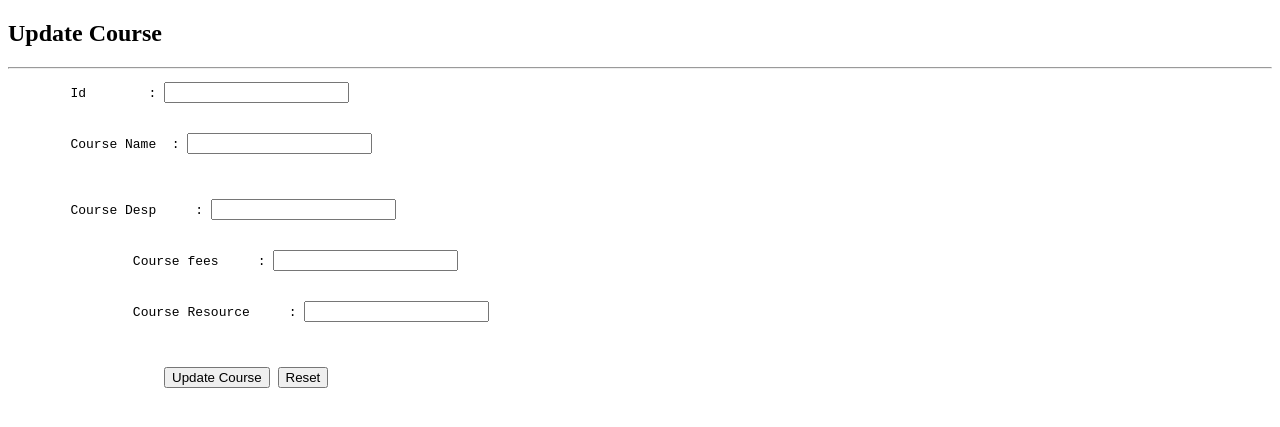
Repository: rathorea439/eLearning
Page: http://localhost/eLearing-springMVC/WEB-INF/views/update-user.jsp
These files come from the project's save history. The page is drawn as it stood at one moment and after the next save; the edit follows.
The browser window is 1280 px wide. The pictures show the whole page.
The page is served by Tomcat 9. Nobody is signed in. The template is opened directly, without the code that normally fills it, so the values that code supplies are empty.

Above is the page before, as saved 2021-07-26 16:00:35.

After the next save:
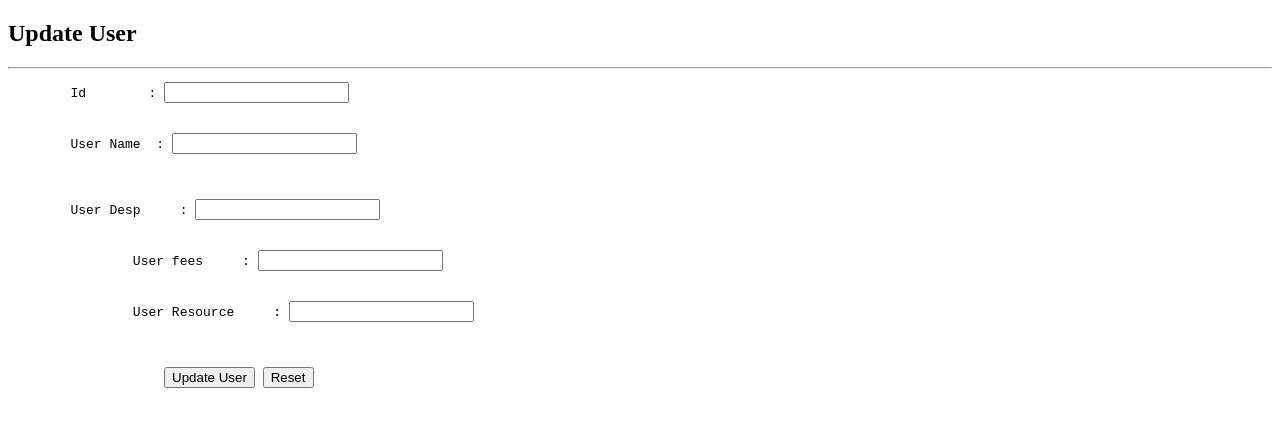
Saved 34 s later.
--- a/eLearing-springMVC/src/main/webapp/WEB-INF/views/update-user.jsp
+++ b/eLearing-springMVC/src/main/webapp/WEB-INF/views/update-user.jsp
@@ -8,27 +8,27 @@
 <html>
 <head>
 <meta charset="ISO-8859-1">
-<title>Update Course Form</title>
+<title>Update User Form</title>
 </head>
 <body>
-	<h2>Update Course</h2>
+	<h2>Update User</h2>
 	<hr>
 	<c:url var="updateUrl" value="/update-course"></c:url>
 	<form:form action="${updateUrl }" method="post" modelAttribute="course">
 		<pre>
         Id        : <form:input path="course_id" readonly="true" />
 			<br>
-        Course Name  : <form:input path="c_name" />
+        User Name  : <form:input path="c_name" />
 			<br>
 
-        Course Desp     : <form:input path="c_desp" />
+        User Desp     : <form:input path="c_desp" />
 			<br>
-		Course fees     : <form:input path="c_fees" />
+		User fees     : <form:input path="c_fees" />
 			<br>
-		Course Resource     : <form:input path="c_resource" />
+		User Resource     : <form:input path="c_resource" />
 			<br>
 
-                    <input type="submit" value="Update Course" /> <input
+                    <input type="submit" value="Update User" /> <input
 				type="reset" value="Reset" />
         </pre>
 	</form:form>
